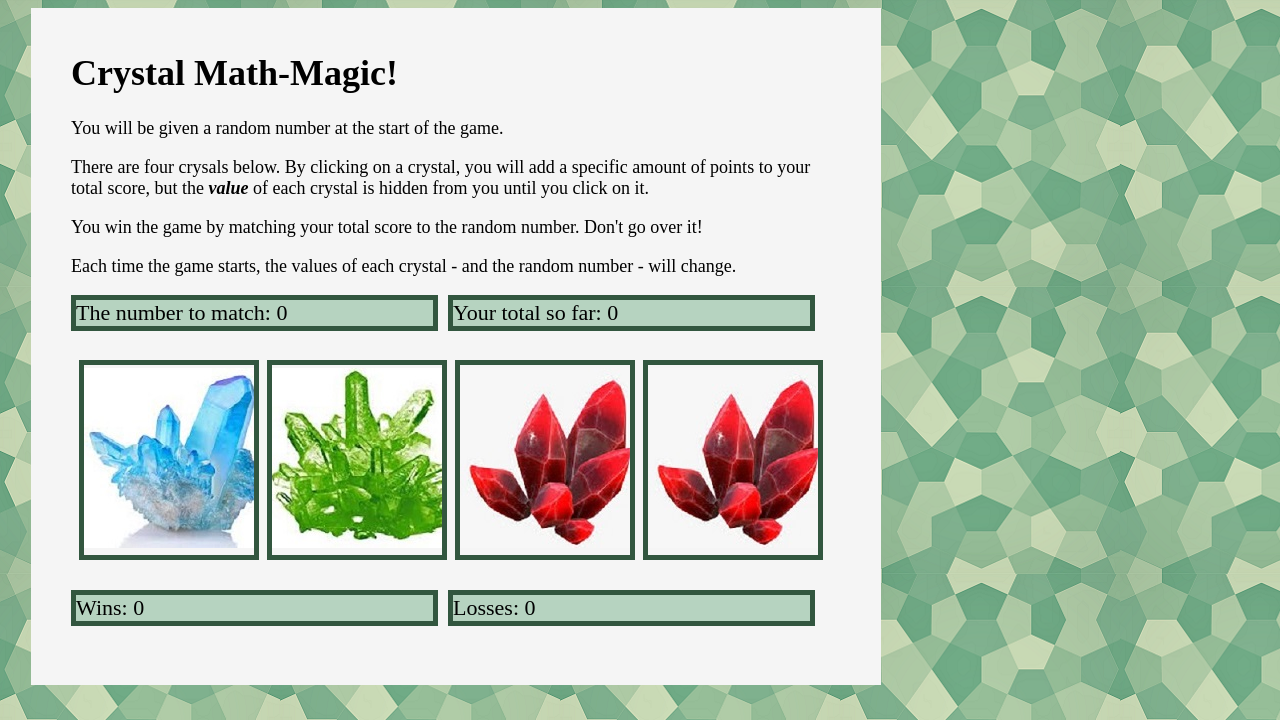
Repository: dsaftler/unit-4-game
Page: index.html
An editor plug-in stored every save of this project. The page is shown before and after the next save, followed by the edit.
The browser window is 1280 px wide. The pictures show the whole page.
Some web fonts or font styles are not loaded; a fallback is used.

Above is the page before, as saved 2019-04-01 23:20:53.

After the next save:
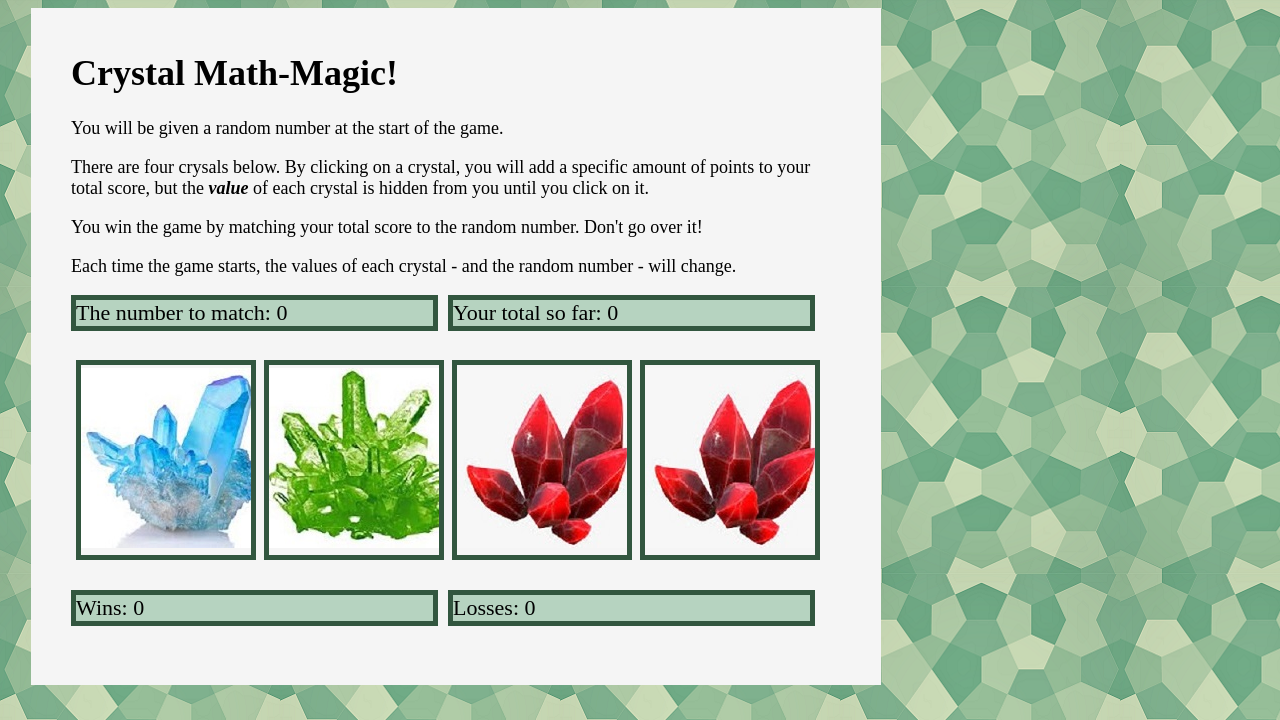
Saved 93 s later.
--- a/assets/css/style.css
+++ b/assets/css/style.css
@@ -48,7 +48,7 @@ font-size: 18px;
   height: 230px;
   width: 765px;
   padding: 5px;
-  padding-left:8px;
+  /* padding-left:8px; */
 }
 .crystal{
   display: block;
